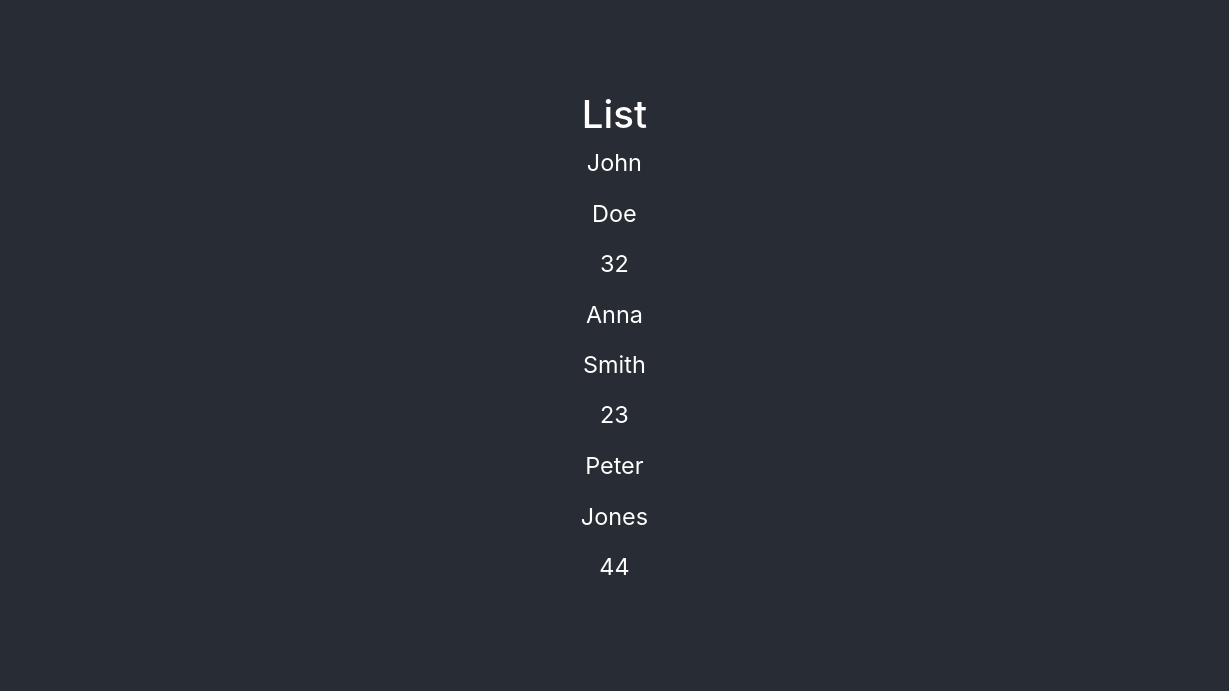
Repository: JasonMorta/ExamplesWithReact
Page: / (app in examples/)
The author's editor kept a copy of each file at every save. The page is drawn from the files as they stood at one save, then again after the next save.
The browser window is 1280 px wide. The pictures show the whole page, at 96% of full size.
The project was rebuilt for these pictures with package versions that can differ from the ones it lists, and the page was loaded fresh each time.

Above is the page before, as saved 2022-10-03 19:42:15.

After the next save:
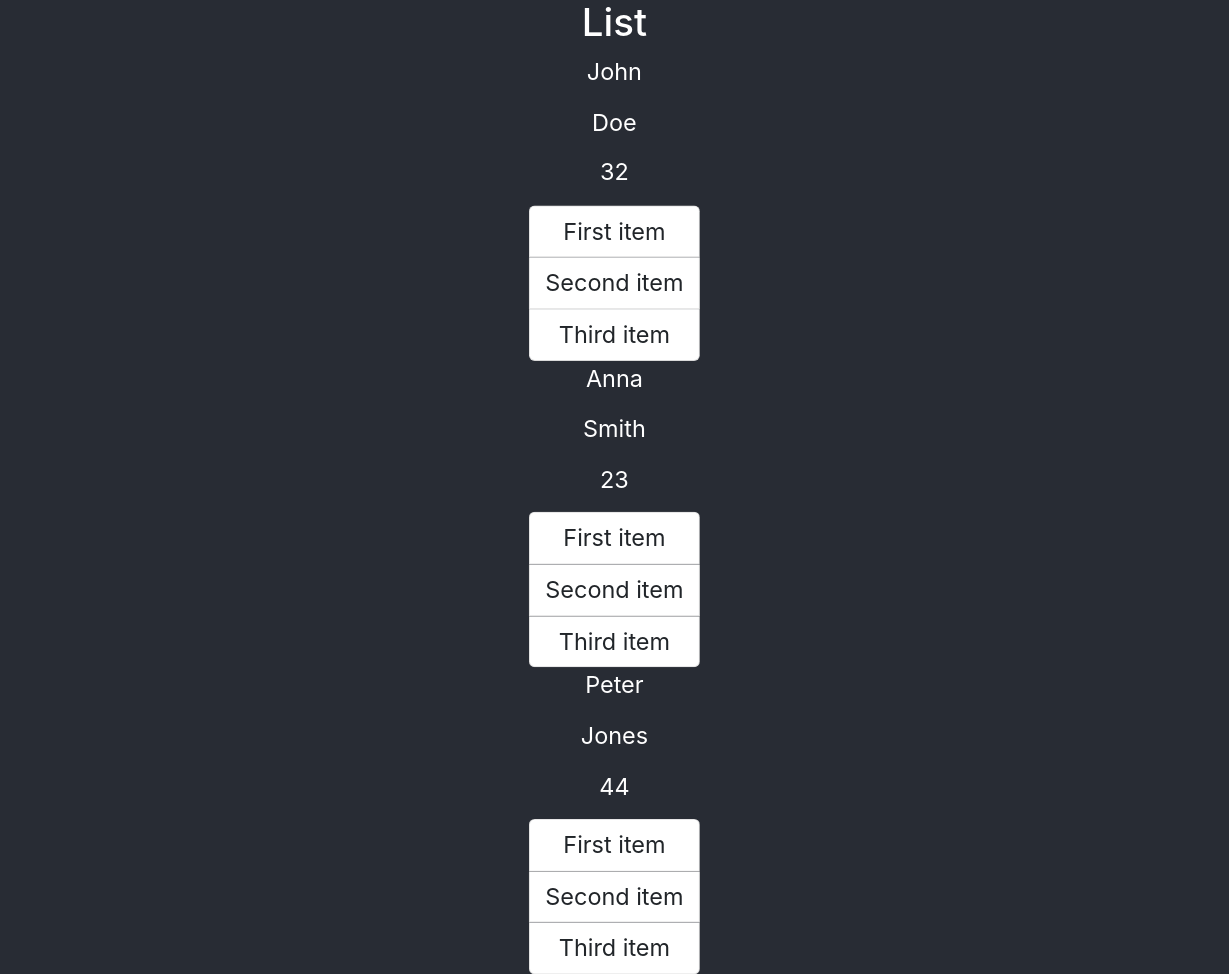
Saved 17 s later.
--- a/examples/src/components/Instance.jsx
+++ b/examples/src/components/Instance.jsx
@@ -7,9 +7,6 @@
   { firstName: "Anna", lastName: "Smith", age: 23 },
   { firstName: "Peter", lastName: "Jones", age: 44 },
 ];
-
-
-
 
 
 
@@ -23,6 +20,11 @@
          <p>{obj.firstName}</p>
          <p>{obj.lastName}</p>
          <p>{obj.age}</p>
+         <ul class="list-group">
+    <li class="list-group-item">First item</li>
+    <li class="list-group-item">Second item</li>
+    <li class="list-group-item">Third item</li>
+  </ul>
         </>
 
       ))}
